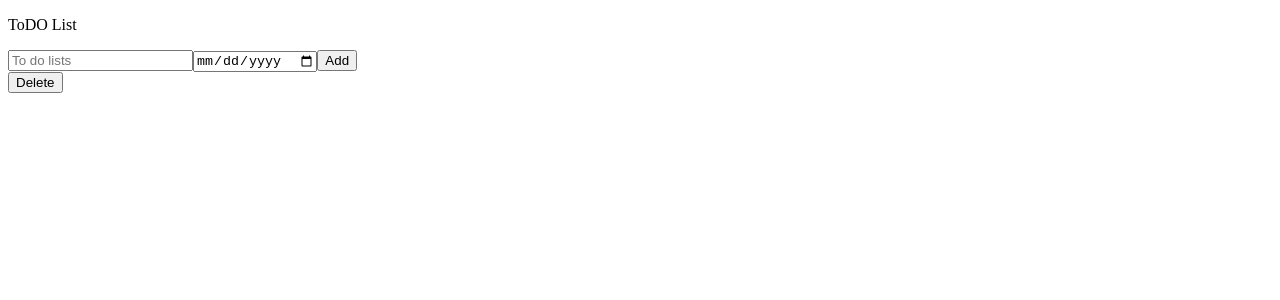
Repository: pgyunknown/ToDo-List
Page: index.html
These files come from the project's save history. The page is drawn as it stood at one moment and after a run of saves; the edit follows.
The browser window is 1280 px wide. The pictures show the whole page.

Above is the page before, as saved 2024-08-29 19:36:40.

### index.html
<!DOCTYPE html>
<html lang="en">
<head>
  <meta charset="UTF-8">
  <meta name="viewport" content="width=device-width, initial-scale=1.0">
  <title>Document</title>
</head>
<body>
  <div class="grid-body">
  <p>ToDO List</p>
  <input placeholder="To do lists" class="js-name-input"><input type="date" class="js-date-b"><button onclick="addWork();">Add</button><br>

  <div class="js-todo-list">text</div>

  </div>

  <script src="index.js"></script>
</body>
</html>

### index.js
const todoList=[{
  name:'',duedate:''
}
];

eventList();
function eventList(){
  let todoListHTML=' ';
  for(i=0;i<todoList.length;i++){
    const todoObj=todoList[i];
    const {name}=todoObj;
    const {duedate}=todoObj;
    const html=`
    ${name}
    ${duedate}
    <button onclick="todoList.splice(${i},1);
    eventList();">Delete</button>
    `;
    todoListHTML+=html;
}
console.log(todoListHTML) ;
document.querySelector('.js-todo-list').innerHTML=todoListHTML;
}
function addWork(){
  const inputElement=document.querySelector('.js-name-input');
  const name=inputElement.value;

  const dateinputElement=document.querySelector('.js-date-b');
  const duedate=dateinputElement.value;

  todoList.push({
    name:name,
    duedate:duedate
  });

  inputElement.value='';
  // console.log(todoList);
  eventList();
}

After the next 2 saves:
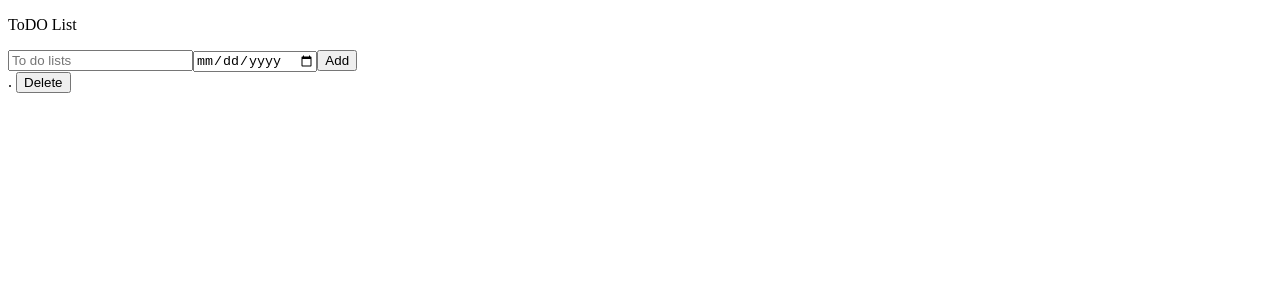
The 2 saves are shown as one change because they came seconds apart.
The last was saved 6 s later.
--- a/index.js
+++ b/index.js
@@ -11,7 +11,7 @@ function eventList(){
     const {name}=todoObj;
     const {duedate}=todoObj;
     const html=`
-    ${name}
+    .
     ${duedate}
     <button onclick="todoList.splice(${i},1);
     eventList();">Delete</button>
